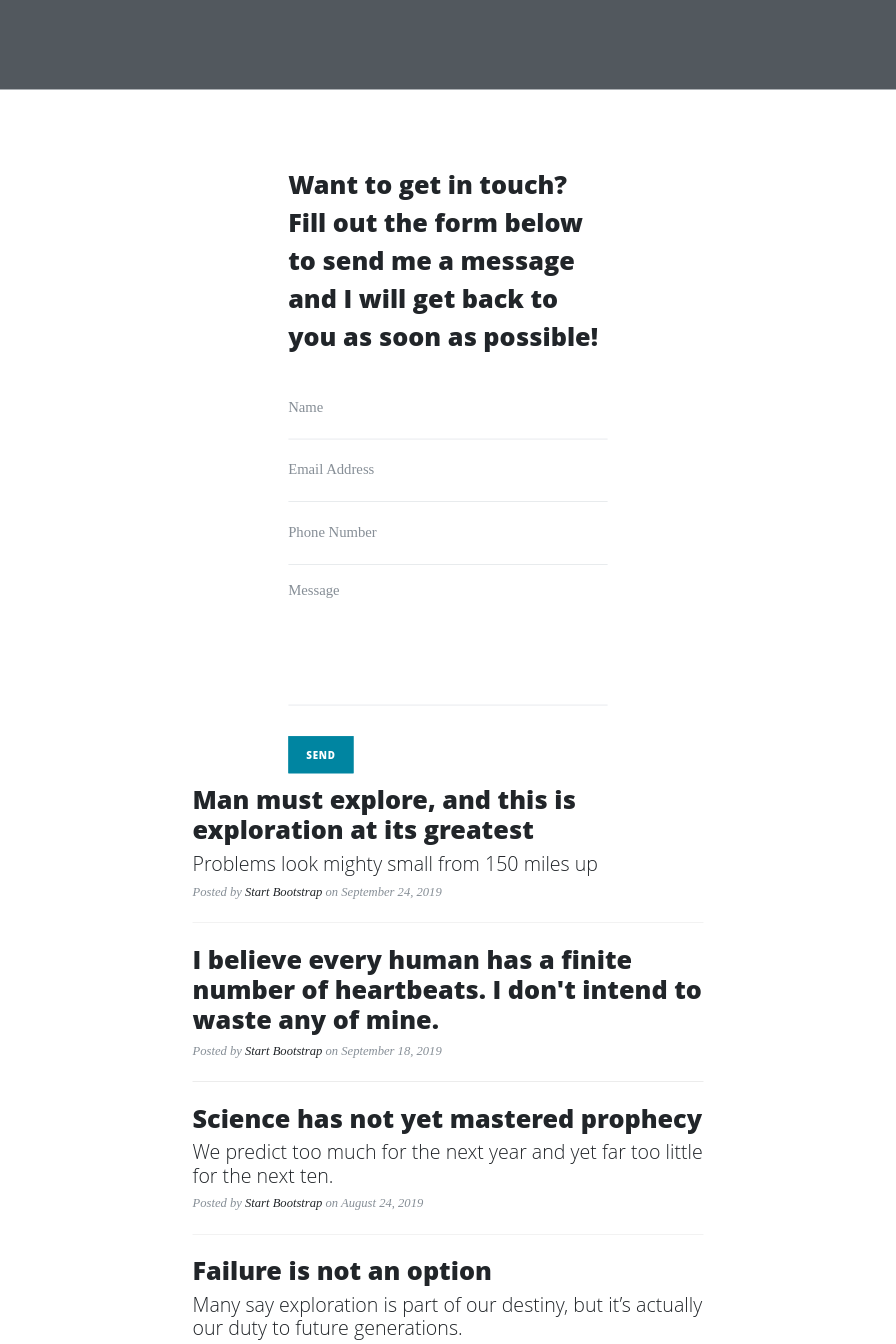
Repository: LiamB123/Booze-Clues
Page: http://localhost/add_recipe
The author's editor kept a record of every edit. The page is drawn from the files as they stood at one moment, then again after the next edit.
The browser window is 1280 px wide. The pictures show the part of the page from y = 404 to 2324 px (the page is 2708 px tall before and 2816 px after), at 70% of full size.
Some web fonts or font styles are not loaded; a fallback is used. The page is served by the project's application, run on Flask 3 (app.py). Other server files are loaded and not shown. Queries for data that is not in the repository find no rows.

Above is the page before.

### templates/add_recipe.html
{% extends 'base.html' %}

{% block content %}
  <div class="container">
    <div class="row">
      <div class="col-lg-8 col-md-10 mx-auto">
        <p>Want to get in touch? Fill out the form below to send me a message and I will get back to you as soon as possible!</p>
        <!-- Contact Form - Enter your email address on line 19 of the mail/contact_me.php file to make this form work. -->
        <!-- WARNING: Some web hosts do not allow emails to be sent through forms to common mail hosts like Gmail or Yahoo. It's recommended that you use a private domain email address! -->
        <!-- To use the contact form, your site must be on a live web host with PHP! The form will not work locally! -->
        <form name="sentMessage" id="contactForm" novalidate>
          <div class="control-group">
            <div class="form-group floating-label-form-group controls">
              <label>Name</label>
              <input type="text" class="form-control" placeholder="Name" id="name" required data-validation-required-message="Please enter your name.">
              <p class="help-block text-danger"></p>
            </div>
          </div>
          <div class="control-group">
            <div class="form-group floating-label-form-group controls">
              <label>Email Address</label>
              <input type="email" class="form-control" placeholder="Email Address" id="email" required data-validation-required-message="Please enter your email address.">
              <p class="help-block text-danger"></p>
            </div>
          </div>
          <div class="control-group">
            <div class="form-group col-xs-12 floating-label-form-group controls">
              <label>Phone Number</label>
              <input type="tel" class="form-control" placeholder="Phone Number" id="phone" required data-validation-required-message="Please enter your phone number.">
              <p class="help-block text-danger"></p>
            </div>
          </div>
          <div class="control-group">
            <div class="form-group floating-label-form-group controls">
              <label>Message</label>
              <textarea rows="5" class="form-control" placeholder="Message" id="message" required data-validation-required-message="Please enter a message."></textarea>
              <p class="help-block text-danger"></p>
            </div>
          </div>
          <br>
          <div id="success"></div>
          <div class="form-group">
            <button type="submit" class="btn btn-primary" id="sendMessageButton">Send</button>
          </div>
        </form>
      </div>
    </div>
  </div>


{% endblock %}

### templates/base.html
<!DOCTYPE html>
<html lang="en">
<head>
    <meta charset="UTF-8">
    <meta name="viewport" content="width=device-width, initial-scale=1.0">
    <meta http-equiv="X-UA-Compatible" content="ie=edge">
    <title> Booze Bible </title>

   <!-- Bootstrap core CSS -->
  <link href="{{url_for('static', filename='vendor/bootstrap/css/bootstrap.min.css')}}" rel="stylesheet">

  <!-- Custom fonts for this template -->
  <link href="{{url_for('static', filename='vendor/fontawesome-free/css/all.min.css')}}" rel="stylesheet" type="text/css">
  <link href="{{url_for('static', filename='https://fonts.googleapis.com/css?family=Lora:400,700,400italic,700italic')}}" rel='stylesheet' type='text/css'>
  <link href="{{url_for('static',filename='https://fonts.googleapis.com/css?family=Open+Sans:300italic,400italic,600italic,700italic,800italic,400,300,600,700,800')}}" rel='stylesheet' type='text/css'>

  <!-- Custom styles for this template -->
  <link href="{{url_for('static', filename='css/clean-blog.min.css') }}" rel="stylesheet">
<body>


  <!-- Navigation -->
  <nav class="navbar navbar-expand-lg navbar-light fixed-top" id="mainNav">
    <div class="container">
      <a class="navbar-brand" href="index.html"><i class="fas fa-cocktail"></i><i class="fas fa-search"></i></a>
      <button class="navbar-toggler navbar-toggler-right" type="button" data-toggle="collapse" data-target="#navbarResponsive" aria-controls="navbarResponsive" aria-expanded="false" aria-label="Toggle navigation">
        Menu
        <i class="fas fa-bars"></i>
      </button>
      <div class="collapse navbar-collapse" id="navbarResponsive">
        <ul class="navbar-nav ml-auto">
          <li class="nav-item">
            <a class="nav-link" href="{{url_for('home')}}">Home</a>
          </li>
          <li class="nav-item">
            <a class="nav-link" href="about.html">About Us</a>
          </li>
          <li class="nav-item">
            <a class="nav-link" href="{{url_for('get_recipes')}}">Recipes!</a>
          </li>
          <li class="nav-item">
            <a class="nav-link" href="{{url_for('add_recipe')}}">Add to the collection!</a>
          </li>
        </ul>
      </div>
    </div>
  </nav>

  <!-- Page Header -->
  <header class="masthead" style="background-image: Cocktail_header.jpg">
  <div class="overlay"></div>
    <div class="container">
      <div class="row">
        <div class="col-lg-8 col-md-10 mx-auto">
          <div class="site-heading">
            <h1>Booze Clues</h1>
            <span class="subheading">An Almanac of the Alcoholic Arts</span>
          </div>
        </div>
      </div>
    </div>
  </header>

  <!-- Main Content -->
  <div class="container">
    <div class="row">
      <div class="col-lg-8 col-md-10 mx-auto">
        <div class="post-preview">
          <a href="post.html">
            <h2 class="post-title">

      {% block content %}
      {% endblock %}

              Man must explore, and this is exploration at its greatest
            </h2>
            <h3 class="post-subtitle">
              Problems look mighty small from 150 miles up
            </h3>
          </a>
          <p class="post-meta">Posted by
            <a href="#">Start Bootstrap</a>
            on September 24, 2019</p>
        </div>
        <hr>
        <div class="post-preview">
          <a href="post.html">
            <h2 class="post-title">
              I believe every human has a finite number of heartbeats. I don't intend to waste any of mine.
            </h2>
          </a>
          <p class="post-meta">Posted by
            <a href="#">Start Bootstrap</a>
            on September 18, 2019</p>
        </div>
        <hr>
        <div class="post-preview">
          <a href="post.html">
            <h2 class="post-title">
              Science has not yet mastered prophecy
            </h2>
            <h3 class="post-subtitle">
              We predict too much for the next year and yet far too little for the next ten.
            </h3>
          </a>
          <p class="post-meta">Posted by
            <a href="#">Start Bootstrap</a>
            on August 24, 2019</p>
        </div>
        <hr>
        <div class="post-preview">
          <a href="post.html">
            <h2 class="post-title">
              Failure is not an option
            </h2>
            <h3 class="post-subtitle">
              Many say exploration is part of our destiny, but it’s actually our duty to future generations.
            </h3>
          </a>
          <p class="post-meta">Posted by
            <a href="#">Start Bootstrap</a>
            on July 8, 2019</p>
        </div>
        <hr>
        <!-- Pager -->
        <div class="clearfix">
          <a class="btn btn-primary float-right" href="#">Older Posts &rarr;</a>
        </div>
      </div>
    </div>
  </div>

  <hr>

  <!-- Footer -->
  <footer>
    <div class="container">
      <div class="row">
        <div class="col-lg-8 col-md-10 mx-auto">
          <ul class="list-inline text-center">
            <li class="list-inline-item">
              <a href="#">
                <span class="fa-stack fa-lg">
                  <i class="fas fa-circle fa-stack-2x"></i>
                  <i class="fab fa-twitter fa-stack-1x fa-inverse"></i>
                </span>
              </a>
            </li>
            <li class="list-inline-item">
              <a href="#">
                <span class="fa-stack fa-lg">
                  <i class="fas fa-circle fa-stack-2x"></i>
                  <i class="fab fa-facebook-f fa-stack-1x fa-inverse"></i>
                </span>
              </a>
            </li>
            <li class="list-inline-item">
              <a href="#">
                <span class="fa-stack fa-lg">
                  <i class="fas fa-circle fa-stack-2x"></i>
                  <i class="fab fa-github fa-stack-1x fa-inverse"></i>
                </span>
              </a>
            </li>
          </ul>
          <p class="copyright text-muted">Copyright &copy; Your Website 2019</p>
        </div>
      </div>
    </div>
  </footer>


    </div>



      <!-- Bootstrap core JavaScript -->
  <script src="{{url_for('static', filename='vendor/jquery/jquery.min.js' ) }}"></script>
  <script src="{{url_for('static', filename='vendor/bootstrap/js/bootstrap.bundle.min.js' ) }}"></script>

  <!-- Custom scripts for this template -->
  <script src="{{url_for('static', filename='js/clean-blog.min.js' ) }}"></script>
</body>
</html>

### app.py
import os
from flask import Flask, render_template , redirect , request , url_for
from flask_pymongo import PyMongo
from bson.objectid import ObjectId


app = Flask(__name__)

app.config["MONGO_DBNAME"] = 'drinks'
app.config["MONGO_URI"] = os.environ.get('MONGO_URI')

mongo = PyMongo(app)


@app.route('/')

@app.route('/home')
def home():
    return render_template("home.html")


@app.route('/get_recipes')
def get_recipes():
    return render_template("recipes.html", drinks_list=mongo.db.drinks_list.find())


@app.route('/add_recipe')
def add_recipe():
    return render_template('add_recipe.html', spirits=mongo.db.spirits.find())




if __name__ == '__main__':
    app.run(host=os.environ.get('IP'),
            port=int(os.environ.get('PORT')),
            debug=True)

Loaded but not shown: static/css/clean-blog.min.css (library); static/js/clean-blog.min.js (common file)

After the next edit:
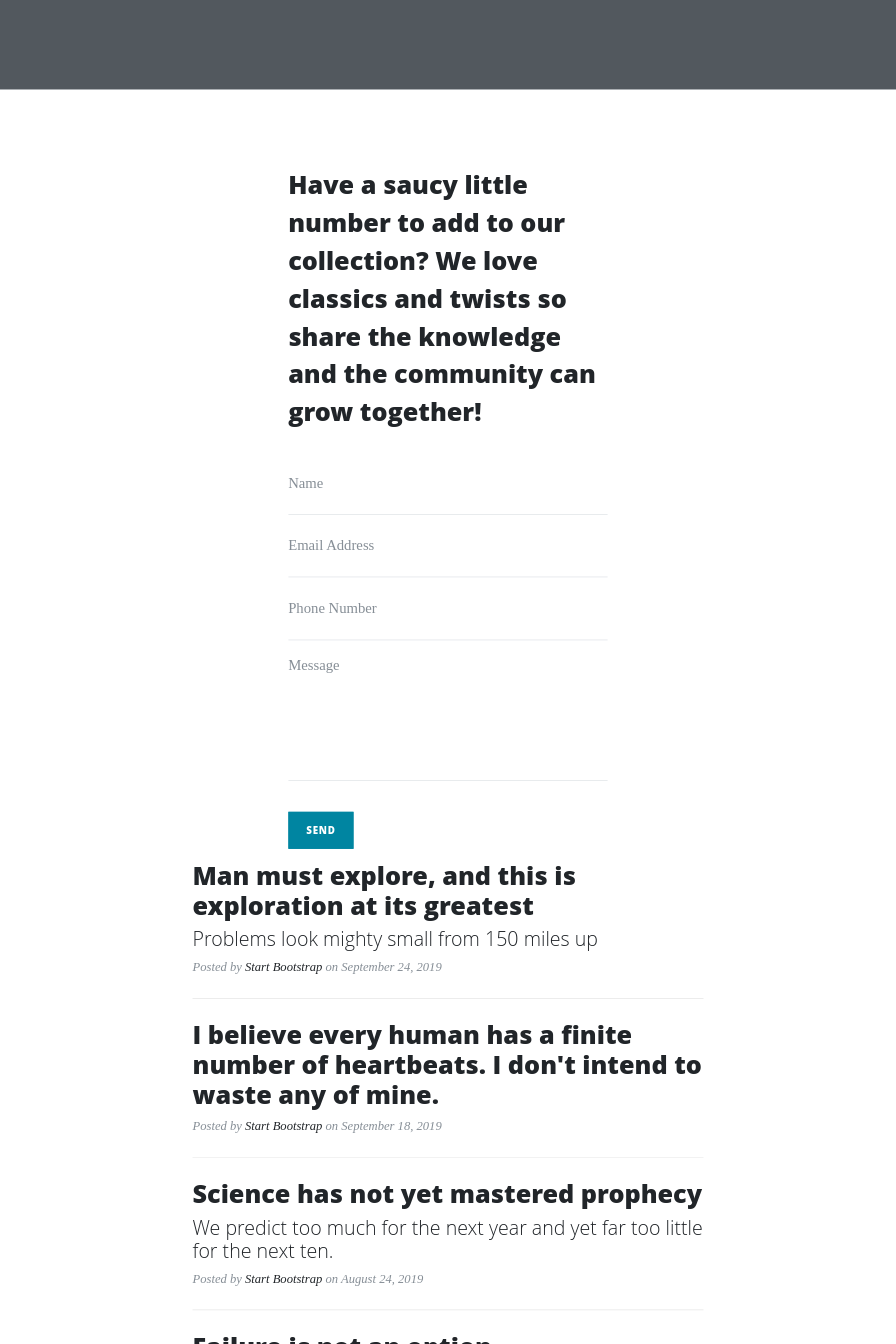
The edit:
--- a/templates/add_recipe.html
+++ b/templates/add_recipe.html
@@ -4,7 +4,7 @@
   <div class="container">
     <div class="row">
       <div class="col-lg-8 col-md-10 mx-auto">
-        <p>Want to get in touch? Fill out the form below to send me a message and I will get back to you as soon as possible!</p>
+        <p>Have a saucy little number to add to our collection? We love classics and twists so share the knowledge and the community can grow together!</p>
         <!-- Contact Form - Enter your email address on line 19 of the mail/contact_me.php file to make this form work. -->
         <!-- WARNING: Some web hosts do not allow emails to be sent through forms to common mail hosts like Gmail or Yahoo. It's recommended that you use a private domain email address! -->
         <!-- To use the contact form, your site must be on a live web host with PHP! The form will not work locally! -->
